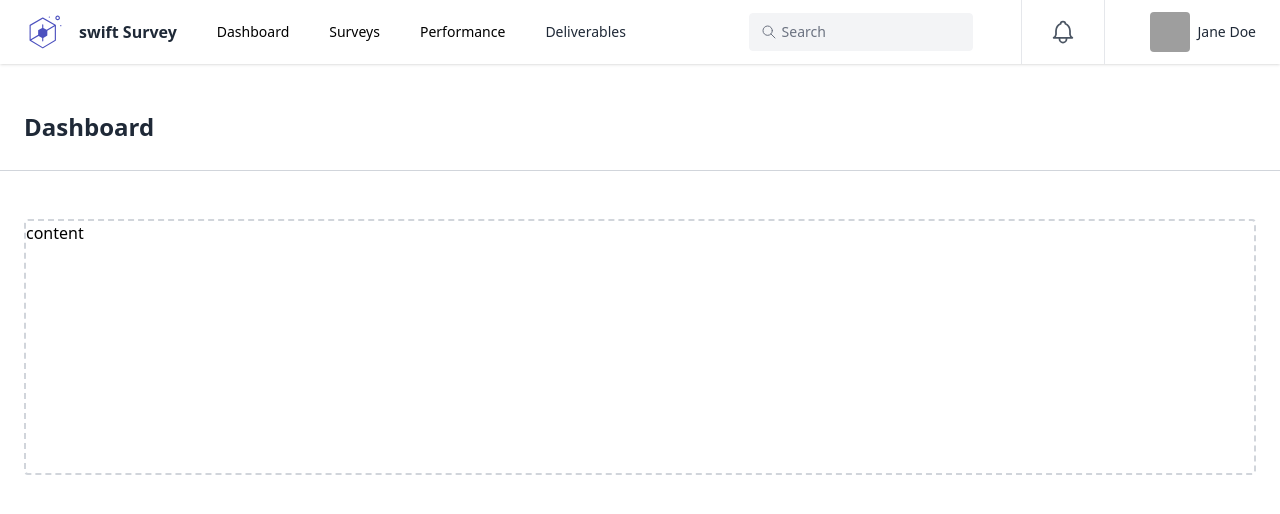
Repository: thomsontochi/swiftSurvey
Page: /register (app in vue/)
An editor plug-in stored every save of this project. The page is shown before and after the next save, followed by the edit.
The browser window is 1280 px wide. The pictures show the whole page.
Pictures or frames that could not be fetched are drawn as grey boxes. The project was rebuilt for these pictures with package versions that can differ from the ones it lists, and the page was loaded fresh each time. Also part of the build but not shown: vue/vite.config.js.

Above is the page before, as saved 2022-07-14 18:53:12.

After the next save:
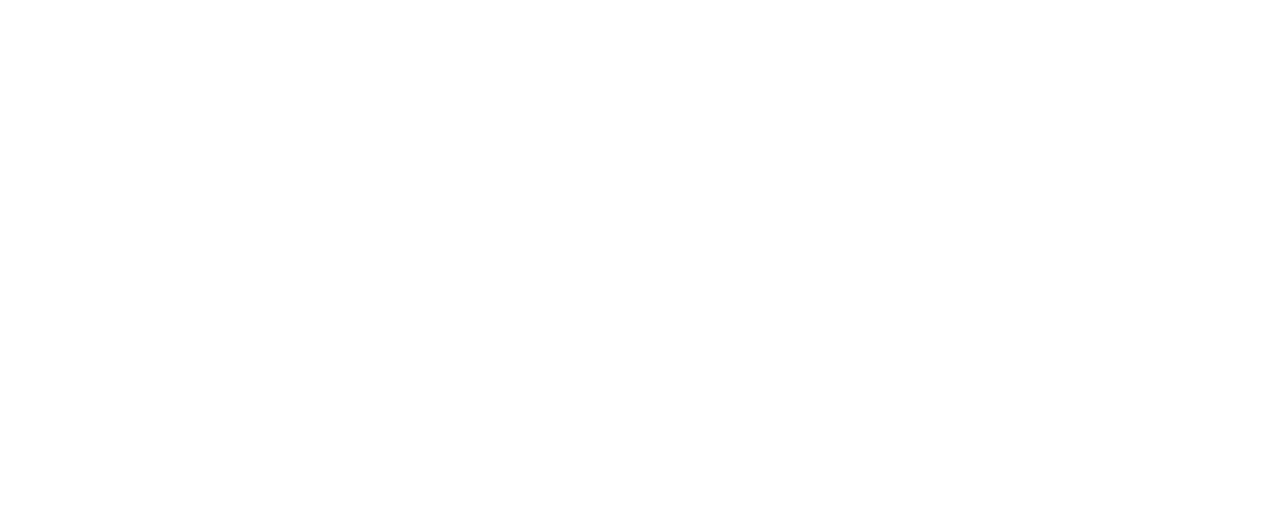
Console error (its wording comes from the project's code and is left out).
Saved 2 min 59 s later.
--- a/vue/src/router/index.js
+++ b/vue/src/router/index.js
@@ -13,7 +13,7 @@
 const routes = [
 
     {
-        path: "/",
+        path: "dashboard",
         redirect: "/dashboard",
         component: DefaultLayout,
         meta: {requiresAuth: true},

After the save that followed:
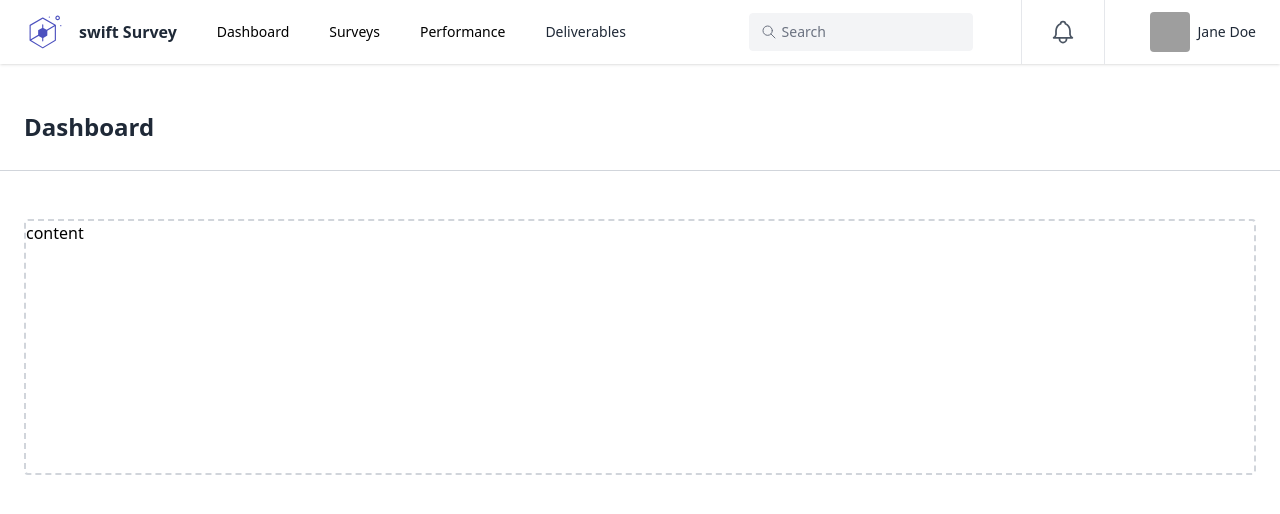
The error is gone.
Saved 6 s later.
--- a/vue/src/router/index.js
+++ b/vue/src/router/index.js
@@ -13,7 +13,7 @@
 const routes = [
 
     {
-        path: "dashboard",
+        path: "/dashboard",
         redirect: "/dashboard",
         component: DefaultLayout,
         meta: {requiresAuth: true},
